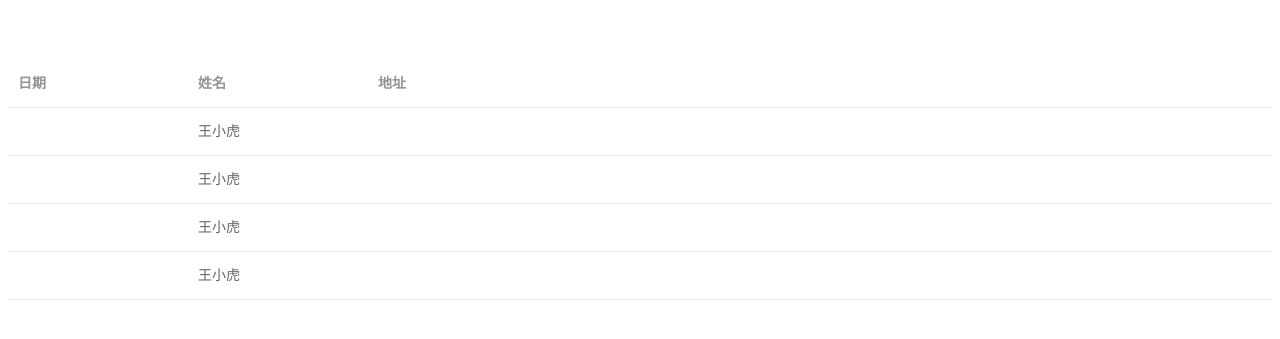
Repository: tianyige21/course-vue
Page: /#/machinedata
These files come from the project's save history. The page is drawn as it stood at one moment and after the next save; the edit follows.
The browser window is 1280 px wide. The pictures show the whole page.
The page's requests for data from a server got no answer. The project was rebuilt for these pictures with package versions that can differ from the ones it lists, and the page was loaded fresh each time. No one was signed in, and anything a server would have sent is missing. Also part of the build but not shown: vue.config.js, src/views/test.vue, src/views/home.vue.

Above is the page before, as saved 2021-10-20 15:28:20.

After the next save:
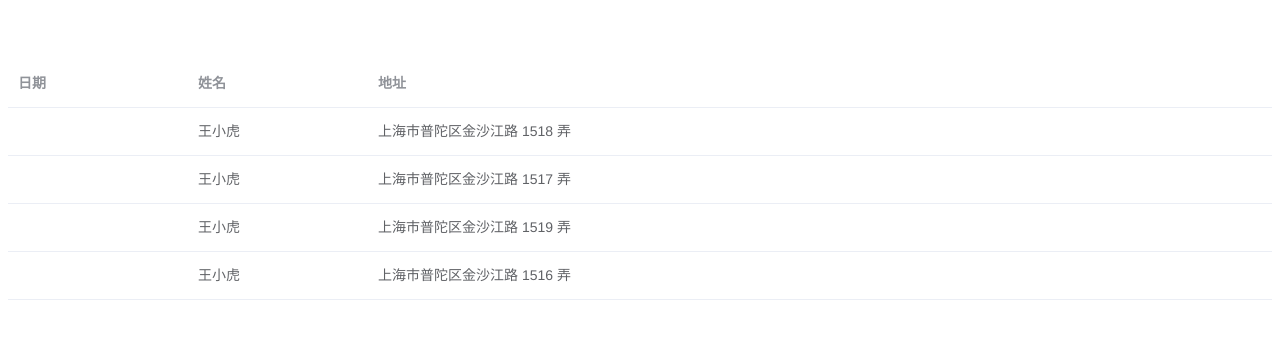
Saved 11 s later.
--- a/src/views/machineData.vue
+++ b/src/views/machineData.vue
@@ -11,7 +11,7 @@
                        label="姓名"
                        width="180">
       </el-table-column>
-      <el-table-column prop="address"
+      <el-table-column prop="data"
                        label="地址">
       </el-table-column>
     </el-table>
